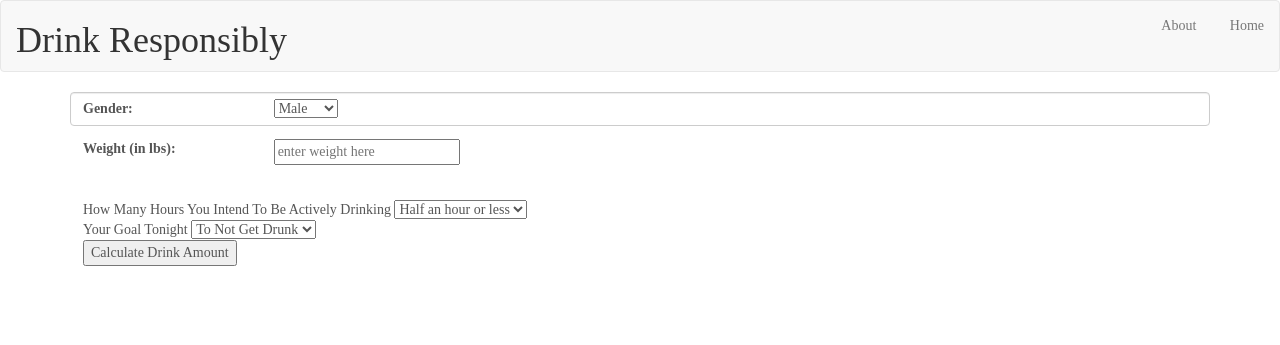
Repository: NatNat180/DrinkResponsibly
Page: http://localhost/DrinkResponsibly/form
An editor plug-in stored every save of this project. The page is shown before and after the next save, followed by the edit.
The browser window is 1280 px wide. The pictures show the whole page.
Some web fonts or font styles are not loaded; a fallback is used. The page is served by Tomcat 9.

Above is the page before, as saved 2016-04-07 15:43:41.

After the next save:
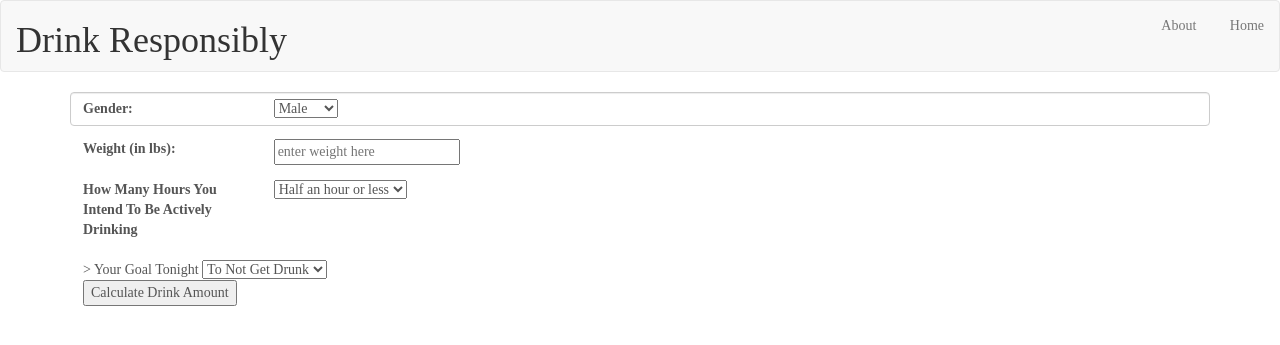
Saved 5 min 31 s later.
--- a/DrinkResponsibly/WebContent/WEB-INF/index.jsp
+++ b/DrinkResponsibly/WebContent/WEB-INF/index.jsp
@@ -30,9 +30,10 @@
 <input type="text" name="weight" placeholder="enter weight here" required>
 </div>
 </div>
-<br>
 
-How Many Hours You Intend To Be Actively Drinking
+<div class="form-group row">
+<label class="col-sm-2 form-control-label">How Many Hours You Intend To Be Actively Drinking</label>
+<div class="col-sm-10">
 <select name="drink-time">
 	<option value="0">Half an hour  or less</option>
 	<option value="1">1</option>
@@ -48,7 +49,8 @@ How Many Hours You Intend To Be Actively Drinking
 	<option value="11">11</option>
 	<option value="12">12+</option>
 </select>
-<br>
+</div>
+</div>>
 
 Your Goal Tonight
 <select name="goal">
